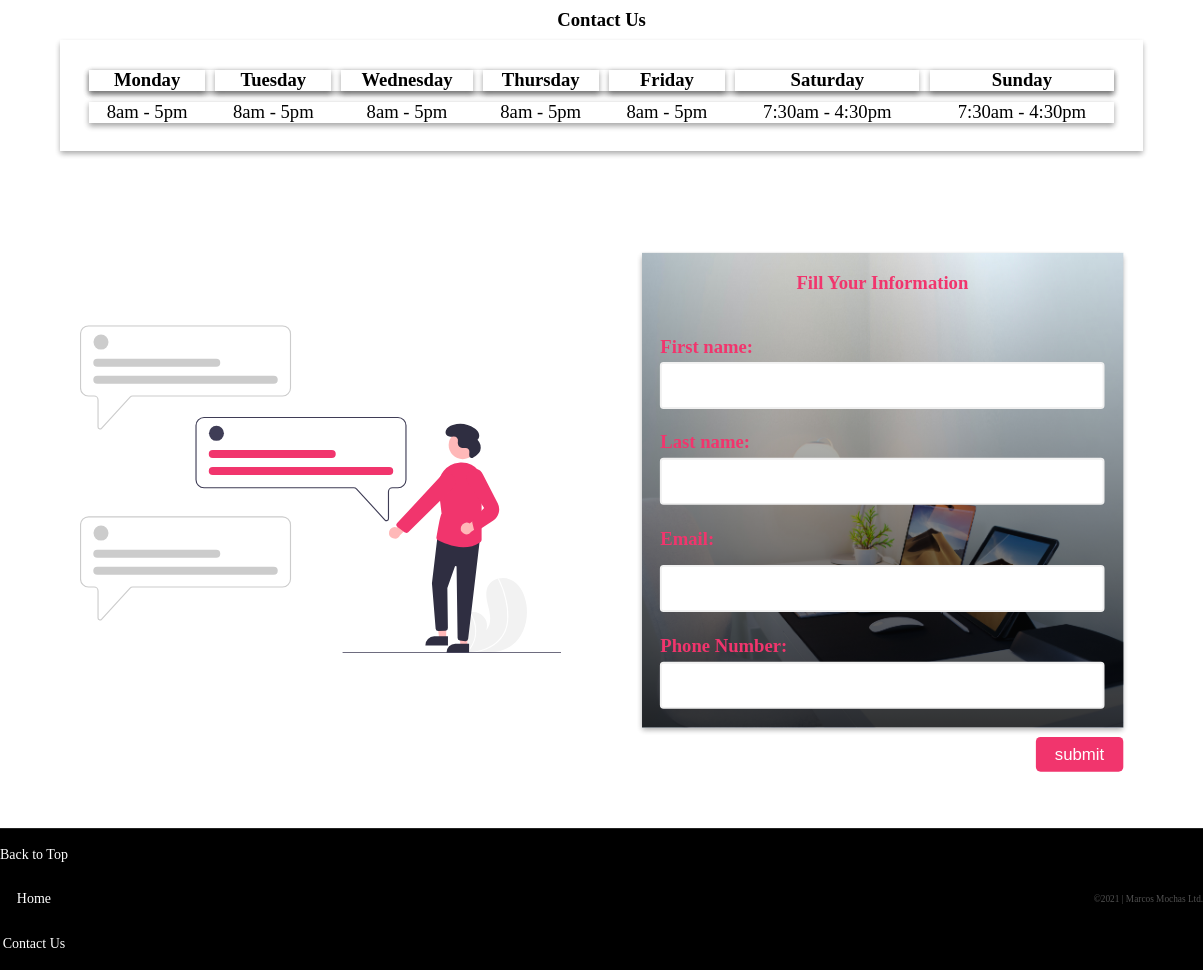
Repository: CAMPSLOPY/marcos-mochas
Page: HTML/contact.html
The author's editor kept a copy of each file at every save. The page is drawn from the files as they stood at one save, then again after a run of saves.
The browser window is 1280 px wide. The pictures show the whole page, at 94% of full size.

Above is the page before, as saved 2021-07-05 00:24:28.

After the next 2 saves:
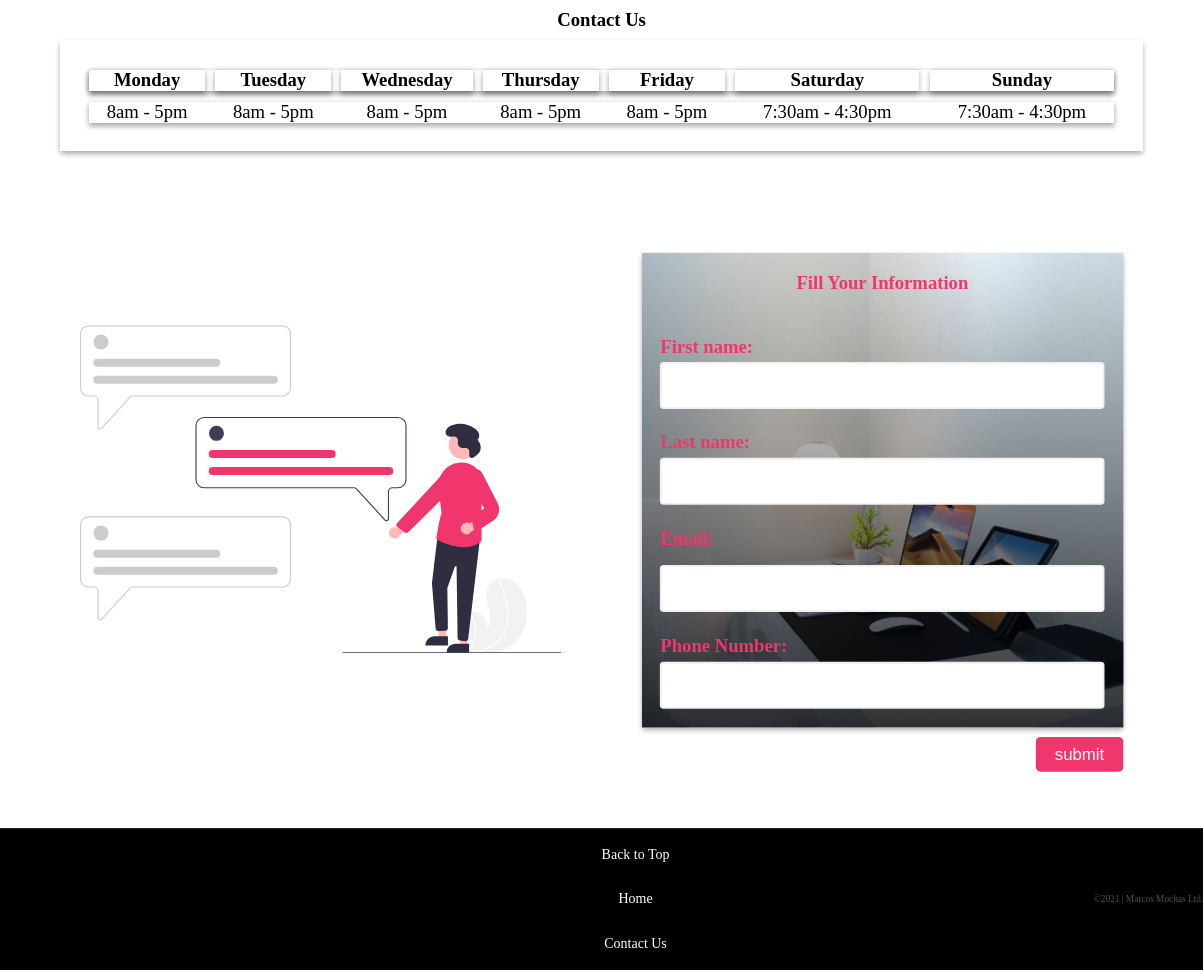
The 2 saves are shown as one change because they came seconds apart.
The last was saved 7 s later.
--- a/CSS/contact.css
+++ b/CSS/contact.css
@@ -162,7 +162,7 @@ footer ul li a {
     display: inline-block;
     text-align: center;
     position: relative;
-    right: ;
+    left: 50%;
 }
 .copyright {
   color: rgba(255, 255, 255, 0.315);
